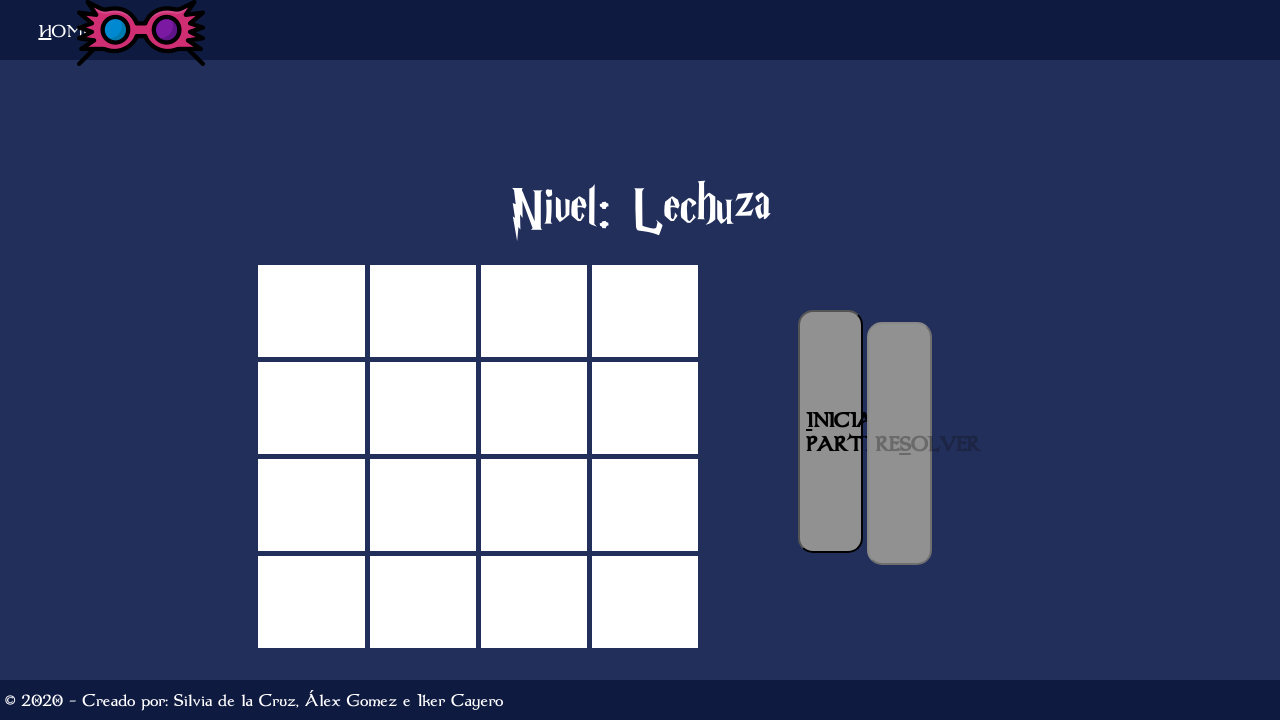
Repository: alexgomezdev/RavenclawSimon
Page: http://localhost/start.php?do=tryagain
The author's editor kept a copy of each file at every save. The page is drawn from the files as they stood at one save, then again after the next save.
The browser window is 1280 px wide. The pictures show the whole page.
The page is run by PHP 8.4 with error messages shown; the project is at /var/www/html/.

Above is the page before, as saved 2020-11-06 16:05:44.

### start.php
<!DOCTYPE html>
<?php
session_start();
?>
<html lang="en">

<head>
    <link rel="stylesheet" href="templates/lib.css">
    <link rel="stylesheet" href="templates/start.css">
    <link rel="stylesheet" href="templates/general.css">
    <meta charset="UTF-8">
    <meta name="viewport" content="width=device-width, initial-scale=1.0">
    <title>Ravenclaw Simon</title>
    <audio id="start" src="templates/assets/audio/start.wav"></audio>
    <audio id="select" src="templates/assets/audio/select.mp3"></audio>
    <audio id="solve" src="templates/assets/audio/solve.mp3"></audio>
</head>

<body>
    <header>
        <div id="home_link_div">
            <a href="index.php" id="home_link" accesskey="h"><underline class="accesskey">H</underline>OME</a>
        </div>
        <div id="colorblind_button_div">
            <img src="templates/assets/icono_daltonico.png" alt="Modo daltónico" id="colorblind_icon">
        </div>
    </header>
    <div id="show_name">
        <?php
        if (isset($_POST['username'])) {
            $username = $_POST['username'];
            if (isset($_SESSION['user']) && $_SESSION['user'] != $_POST['username']) {
                session_unset();
            }
            if (isset($_SESSION['user'])) {
                echo 'Jugador: ' . $_SESSION['user'];
            } else {
                $_SESSION['user'] = $username;

                echo 'Jugador: ' . $_SESSION['user'];
            }
        } else {
            if (isset($_SESSION['user'])) {
                echo 'Jugador: ' . $_SESSION['user'];
            }
        }
        if (isset($_SESSION['lvl'])) {
            if ( isset($_GET["do"]) && $_GET["do"] == "next") {
                $_SESSION['rankPoints'] = $_SESSION['rankPoints'] + 1000;
                $_SESSION['lvl'] = $_SESSION['lvl'] + 1;
            } else if (isset($_GET["do"]) && $_GET["do"] == "tryagain") {
                $_SESSION['rankPoints'] = $_SESSION['rankPoints'] - 50;
            }
        } else {
            $_SESSION['lvl'] = 0;
        }
        if (!isset($_SESSION['rankPoints'])) {
            $_SESSION['rankPoints'] = 1000;
        }
        $archivo = file('templates/config.txt');
        $nivel = explode(";", $archivo[$_SESSION['lvl']]);
        $filas = explode("x", $nivel[1]);
        $randArray = [];
        $randNum = [];
        $segons = $nivel[3] * 1000;
        echo "</br>Nivel: " . $nivel[0];
        ?>
        <script type="text/javascript">
            var segons = <?php echo $segons; ?>

        </script>
    </div>
    <script src="js/playing.js"></script>
    <div class=" maxwd just-cont-center ds-flex">
        <div class="table">
            <?php

            for ($m = 1; $m <= $nivel[2]; $m++) {
                $randNum = rand(0, ($filas[0] * $filas[1]) - 1);
                if (in_array($randNum, $randArray)) {
                    $m = $m - 1;
                } else {
                    array_push($randArray, $randNum);
                }
            }
            //echo "<PRE>" . print_r($_SESSION['lvl'], true) . "</PRE>";
            //0. NOM, 1. MATRIU, 2. PINTAR 3. SEGS, 4.CODI

            $cont = 0;
            //echo "<PRE>" . var_export($nivel, true) . "</PRE>";

            echo " <table class='tg'><tbody>";
            for ($i = 1; $i <= $filas[0]; $i++) {
                echo "<tr>";
                for ($x = 1; $x <= $filas[1]; $x++) {
                    if (in_array($cont, $randArray)) {
                        echo "<td class='tg plus'  id='. $cont . ' ' '></td>";
                        $cont = $cont + 1;
                    } else {
                        echo "<td class='tg' id='. $cont . ' '></td>";
                        $cont = $cont + 1;
                    }
                }
                echo "</tr>";
            }
            echo " </tbody> </table>";
            //echo "<PRE>" . print_r($filas, true) . "</PRE>";
            ?>
        </div>
        <div class="counter">
            <span id="countdown"></span>
        </div>
        <div class=" ds-flex just-space-around">
            <div id="button_div">
                <button class="button_play" onclick="showNices(); updateClock(); start()" accesskey="i">
                    <h3><underline class="accesskey">I</underline>NICIAR PARTIDA</h3>
                </button>
                <button class="button_play" id="solve_button" onclick="winorlose()" accesskey="s" disabled>
                    <h3>RE<underline class="accesskey" onclick="solve()">S</underline>OLVER</h3>
                </button>
            </div>
        </div>
    </div>
    <footer>
        <div id="footer_content">
            &#0169 2020 - Creado por: Silvia de la Cruz, Álex Gomez e Iker Cayero
        </div>
    </footer>
    <script type="text/javascript" src="main.js"></script>
</body>

</html>

### templates/config.txt
Lechuza;4x4;5;3;AA11
Duendecillo;4x4;7;3;AZ21
Centauro;4x4;8;2.5;BA3G
Trol;4x4;10;2.5;S7R
Hipogrifo;5x5;7;3.5;R67T
Gigante;5x5;10;3;78K5
Dementor;5x5;13;3;OPH0
Cancerbero;5x5;14;2.5;I796
Dragón;5x5;15;2.5;9UGG
Basilisco;6x6;16;3;6GPD

### templates/lib.css
.maxwd {
  width: 100%;
}

.ds-flex {
  display: flex;
}
.just-cont-center {
  justify-content: center;
}
.just-space-around {
  justify-content: space-around;
}

### templates/start.css
.tg {
  border-collapse: collapse;
  border-width: 5px;
  width: 450px;
  height: 90px;
  background-color: white;
  border-style: solid;
  border-color: #222f5b;
}

#show_name {
  color: #ffffff;
  font-family: "Harry_Potter";
  font-size: 60px;
  width: 100%;
  text-align: center;
  margin-top: 120px;
  margin-bottom: 20px;
}

table {
  width: 100%;
  margin: 0 auto;
}

.nice {
  background-color: #946b2d;
}

#button_div {
  display: inline-block;
  margin-top: 50px;
  margin-bottom: 100px;
  text-align: center;
  width: 100%;
}

.button_play {
  border-radius: 15px;
  background-color: #919191;
  font-family: "Dumbledore";
  font-size: 20px;
  width: 20%;
  height: 100%;
}

.button_play:hover {
  color: #5d5d5d;
  background-color: #ffffff;
}

.choosed {
  background-color: aqua;
}

.counter {
  text-align: center;
  margin-top: 2%;
  font-size: 50px;
  font-family: "Dumbledore";
  color: white;
}

### templates/general.css
@font-face {
  font-family: "Harry_Potter";
  src: url("../templates/typography/HARRYP.TTF") format("truetype");
}

@font-face {
  font-family: "Dumbledore";
  src: url("../templates/typography/dumbledor.1.ttf") format("truetype");
}

html {
  min-height: 100%;
  position: relative;
}

body {
  font-family: "Dumbledore";
  background-color: #222f5b;
}

header {
  background-color: #0e1a40;
  top: 0;
  left: 0;
  position: fixed;
  width: 100%;
  height: 60px;
  display: inline-flex;
}

#home_link_div {
  margin-left: 3%;
  padding-top: 9px;
  text-align: center;
  width: 3%;
  height: 100%;
  margin-right: none;
}

#home_link {
  display: flex;
  justify-content: center;
  align-items: center;
  color: #ffffff;
  font-size: 20px;
  text-decoration: none;
  width: min-content;
  height: 60%;
  margin-top: 10%;
  margin-bottom: 10%;
}

#title {
  color: #ffffff;
  font-family: "Harry_Potter";
  font-size: 60px;
  width: 100%;
  text-align: center;
  margin-top: 120px;
}

underline {
  text-decoration: underline;
}
main {
  width: 100%;
}

footer {
  color: #ffffff;
  background-color: #0e1a40;
  bottom: 0;
  left: 0;
  position: absolute;
  width: 100%;
  height: 30px;
  display: flex;
  padding-top: 10px;
  clear: both;
}

#footer_content {
  margin-left: 5px;
  color: #ffffff;
  font-size: 20px;
  vertical-align: center;
  height: 60%;
}

### js/playing.js
var tdscorrects = document.getElementsByClassName('plus');
function hideNices (){
    for (const key of tdscorrects) {
        key.classList.remove('nice');
    }
    document.getElementById("solve_button").removeAttribute('disabled');
    var clickable = document.getElementsByClassName('tg');
    var clickable = document.getElementsByClassName('tg');
    for (const x of clickable) {
        x.setAttribute('onclick', 'choose(this.id)');
    }
    startTime =new Date();
};
function showNices(){
    for (const x of tdscorrects) {
            x.classList.add('nice');
        }
    setTimeout(hideNices,4000)

    };

function choose(id) {
    var elem = document.getElementById(id);
    if (elem.classList.contains('nice')){
        elem.classList.remove('nice');
    }else{
        elem.classList.add('nice');
    }
    document.getElementById('select').play();
};

function winorlose() {
    endTime = new Date();
    var intervalTime = endTime - startTime ;
    intervalTime = intervalTime/100;
    timeToReturn = Math.round(intervalTime);
    var playResut = document.getElementsByClassName('plus nice');
    var contNice = document.getElementsByClassName('nice')
    if ((contNice.length == tdscorrects.length) && ((playResut.length == tdscorrects.length)) ){
        window.open("success.php?tiempo="+timeToReturn, "_self");
    }else{
        window.open("gameOver.php", "_self");
    }
    // alert(playResut.length);
};

function start() {
    document.getElementById('start').play();
};

function solve() {
    document.getElementById('solve').play();
};

var totalTime = segons / 1000;
function updateClock() {
document.getElementById('countdown').innerHTML = totalTime;
if(totalTime==0){

}else{
totalTime-=1;
setTimeout("updateClock()",1000);
}
}

### main.js
function cambia_color() {
    celda= document.getElementById("celda"+document.fcolor.celda.value)
    celda.style.backgroundColor=document.fcolor.micolor.value
}

After the next save:
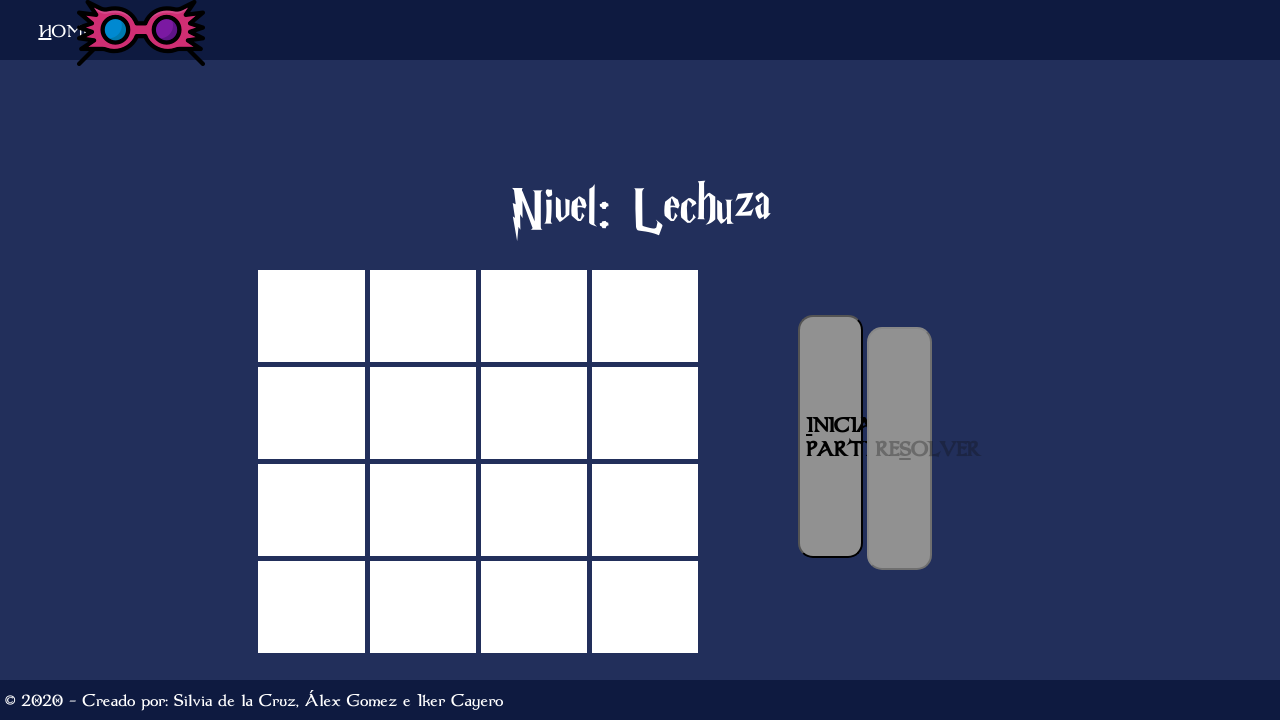
Saved 61 s later.
--- a/start.php
+++ b/start.php
@@ -69,6 +69,9 @@
             var segons = <?php echo $segons; ?>
 
         </script>
+         <div class="counter">
+            <span id="countdown"></span>
+        </div>
     </div>
     <script src="js/playing.js"></script>
     <div class=" maxwd just-cont-center ds-flex">
@@ -107,10 +110,7 @@
             //echo "<PRE>" . print_r($filas, true) . "</PRE>";
             ?>
         </div>
-        <div class="counter">
-            <span id="countdown"></span>
-        </div>
-        <div class=" ds-flex just-space-around">
+               <div class=" ds-flex just-space-around">
             <div id="button_div">
                 <button class="button_play" onclick="showNices(); updateClock(); start()" accesskey="i">
                     <h3><underline class="accesskey">I</underline>NICIAR PARTIDA</h3>
